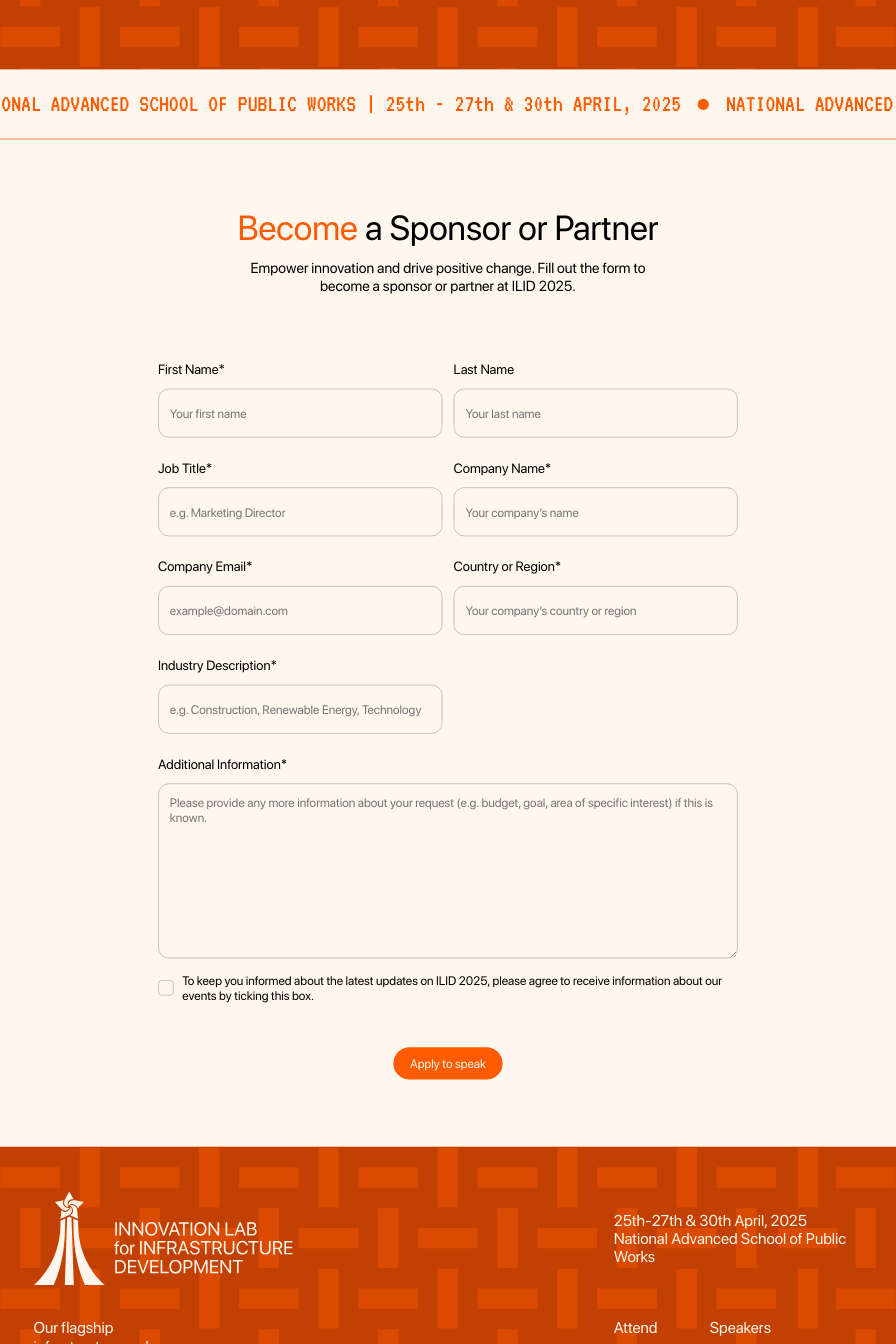
Repository: ilidevent/ilidwebsite
Page: /partners
The author's editor kept a copy of each file at every save. The page is drawn from the files as they stood at one save, then again after a run of saves.
The browser window is 1280 px wide. The pictures show the part of the page from y = 513 to 2433 px (the page is 2758 px tall), at 70% of full size.
The project was rebuilt for these pictures with package versions that can differ from the ones it lists, and the page was loaded fresh each time. The framework's server and built-in components were replaced by stand-ins that run in the browser. Also part of the build but not shown: next.config.ts, components/ReUsables/ButtonTwo.tsx, styles/ReUsables/aboutboxwrapper.module.scss, components/ReUsables/TextEmail.tsx, styles/ReUsables/sloganbanner.module.scss, components/ReUsables/SloganBanner.tsx, styles/ReUsables/paddingtop.module.scss, components/ReUsables/PaddingTop.tsx and 44 more.

Above is the page before, as saved 2025-03-17 12:19:41.

After the next 3 saves:
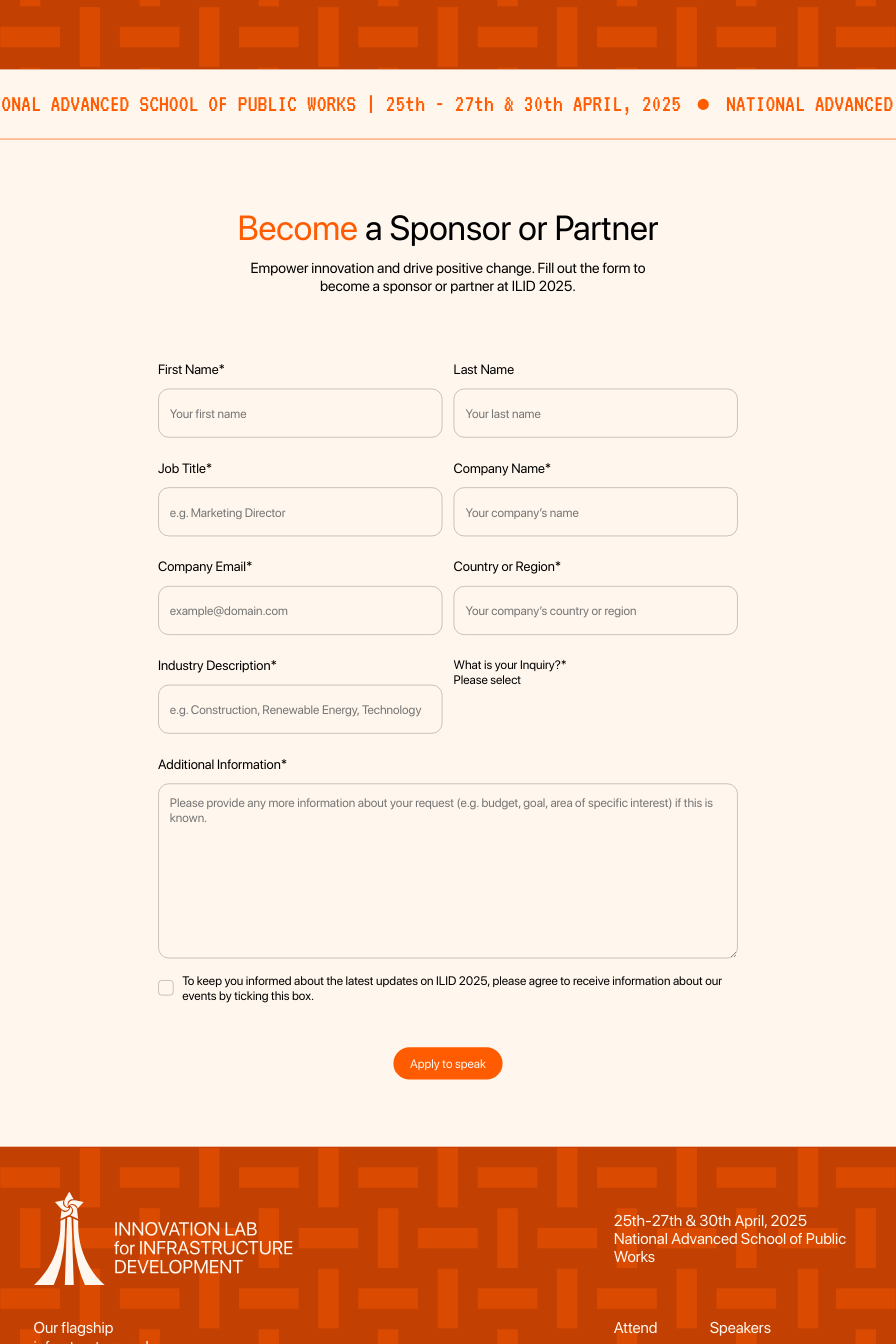
The 3 saves are shown as one change because they came seconds apart.
The last was saved 11 s later.
--- a/components/PartnersPage/PartnersForm.tsx
+++ b/components/PartnersPage/PartnersForm.tsx
@@ -66,6 +66,7 @@
               {firstSeven.map((data, i) => (
                 <FormInput data={data} key={`fs${i}`} isSubmitting={isSubmitting} />
               ))}
+              <FormSelector/>
             </div>
             <FormInput data={textArea} key="text-area" isSubmitting={isSubmitting}/>
           </div>
